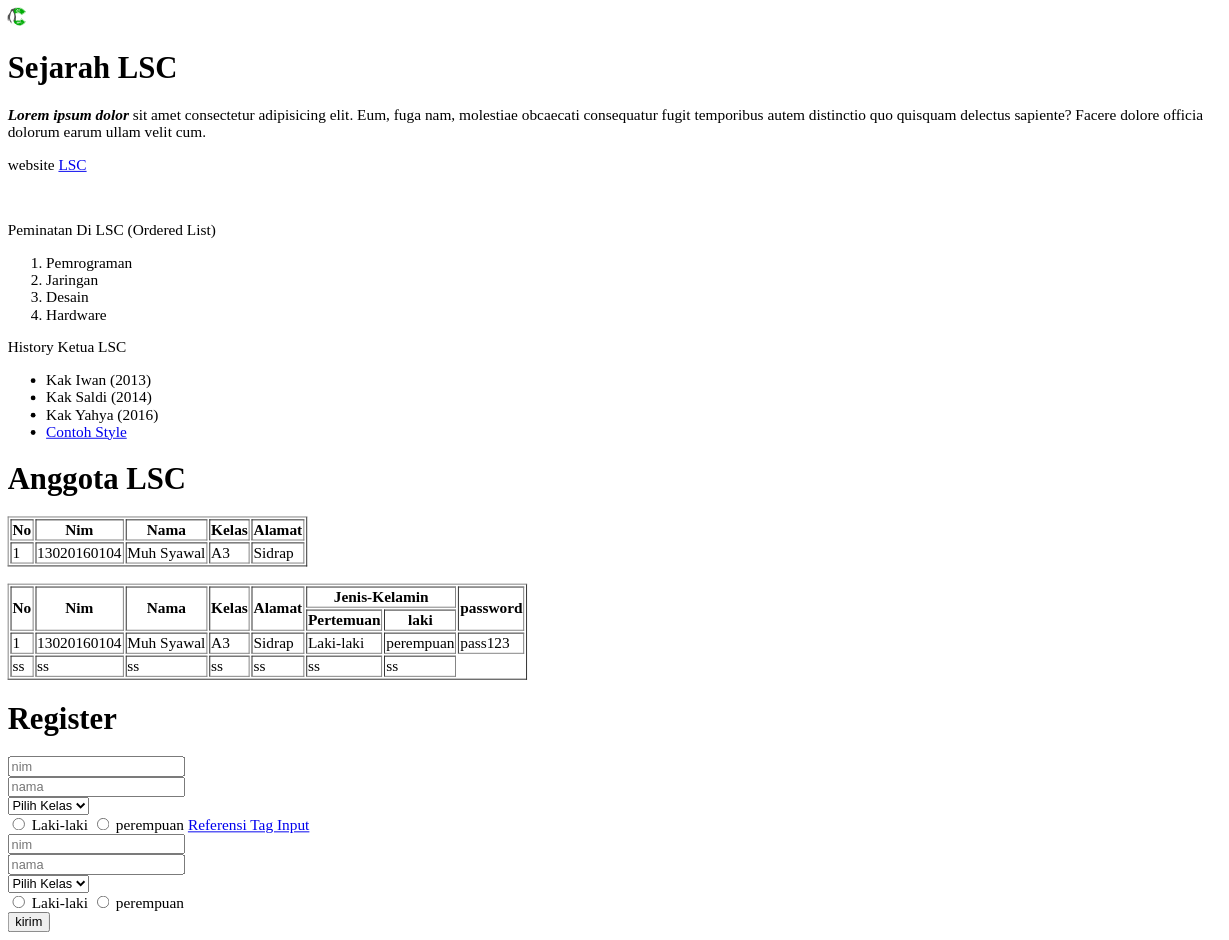
Repository: syawal2kalii/HelloWorld
Page: pertemuan 1 html/basichtml.htm
The author's editor kept a copy of each file at every save. The page is drawn from the files as they stood at one save, then again after a run of saves.
The browser window is 1280 px wide. The pictures show the whole page, at 96% of full size.

Above is the page before, as saved 2019-11-17 13:30:28.

After the next 2 saves:
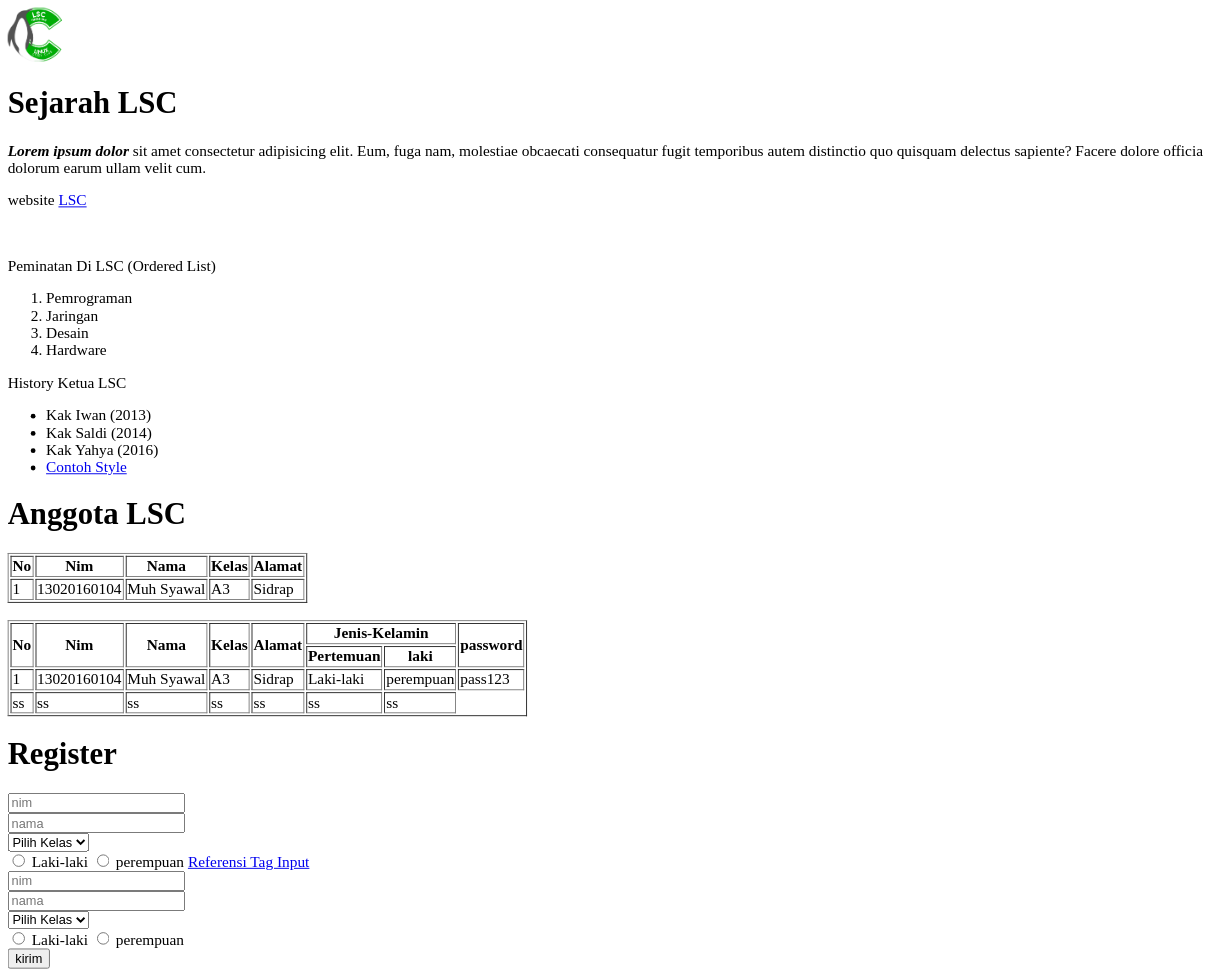
The 2 saves are shown as one change because they came seconds apart.
The last was saved 9 s later.
--- a/pertemuan 1 html/basichtml.htm
+++ b/pertemuan 1 html/basichtml.htm
@@ -35,7 +35,7 @@ Overview
         local -> src
     -->
 
-    <img width="20px" src="LOGO LSC.png" alt="">
+    <img width="60px" src="LOGO LSC.png" alt="">
     <h1>Sejarah LSC</h1>
     <p> <b><i>Lorem ipsum dolor</i></b>  sit amet consectetur adipisicing elit. Eum, fuga nam,
          molestiae obcaecati consequatur fugit temporibus autem distinctio quo quisquam
